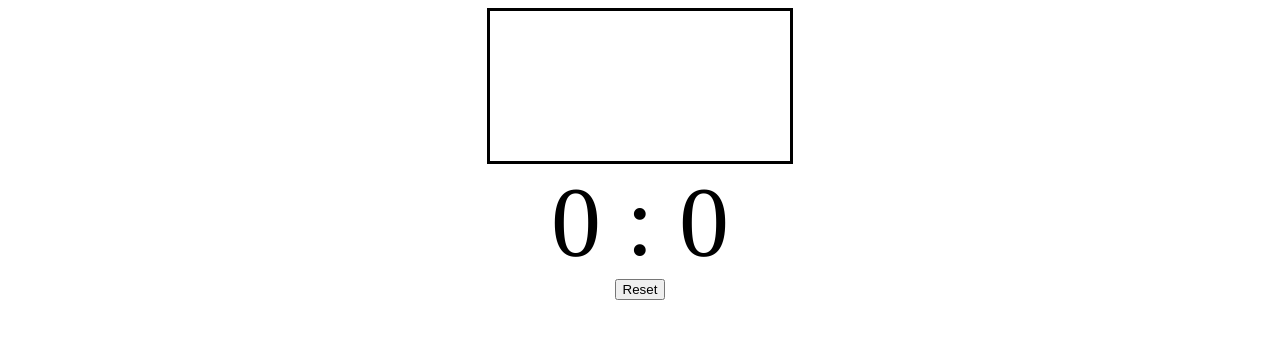
Repository: zacheys123/ping-pong
Page: index.html
The author's editor kept a copy of each file at every save. The page is drawn from the files as they stood at one save, then again after the next save.
The browser window is 1280 px wide. The pictures show the whole page.

Above is the page before, as saved 2023-06-30 22:54:53.

### index.html
<html lang="en">
	<head>
		<meta charset="UTF-8" />
		<meta http-equiv="X-UA-Compatible" content="IE=edge" />
		<meta
			name="viewport"
			content="width=device-width, initial-scale=1.0"
		/>
		<title>Ping pong</title>
		<link rel="stylesheet" href="style.css" />
	</head>
	<body>
		<div id="gamecontainer">
			<canvas id="gameboard"></canvas>
			<div id="scoretext">0 : 0</div>
			<button id="reset">Reset</button>
		</div>

		<script src="index.js"></script>
	</body>
</html>

### style.css
#gamecontainer {
	text-align: center;
}
#gameboard {
	border: 3px solid;
}
#scoretext {
	font-family: 'consolas' cursive;
	font-size: 100px;
}

### index.js
const canvas = document.querySelector('#gameboard');
const ctx = canvas.getContext('2d');
const scoreText = document.querySelector('#scoretext');

const gamewidth = canvas.width;
const gameheight = canvas.height;

After the next save:
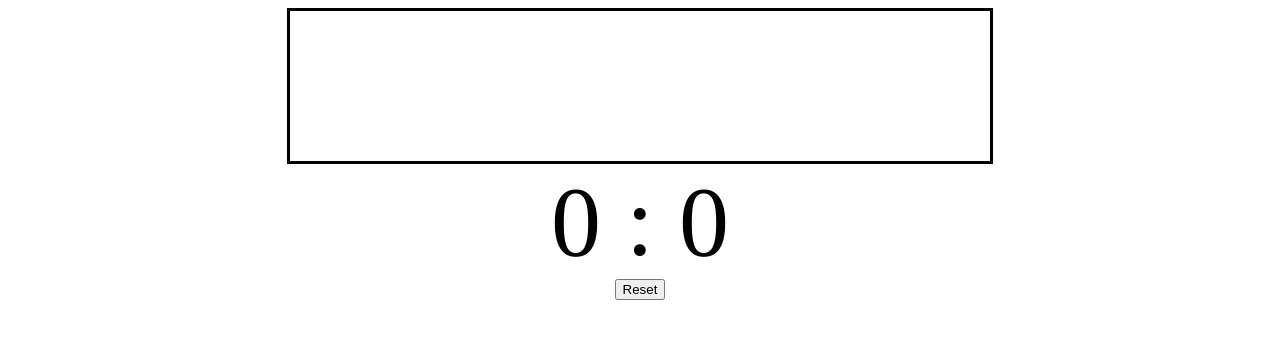
Saved 43 s later.
--- a/index.js
+++ b/index.js
@@ -1,6 +1,6 @@
 const canvas = document.querySelector('#gameboard');
 const ctx = canvas.getContext('2d');
 const scoreText = document.querySelector('#scoretext');
-
+canvas.width = 700;
 const gamewidth = canvas.width;
 const gameheight = canvas.height;
